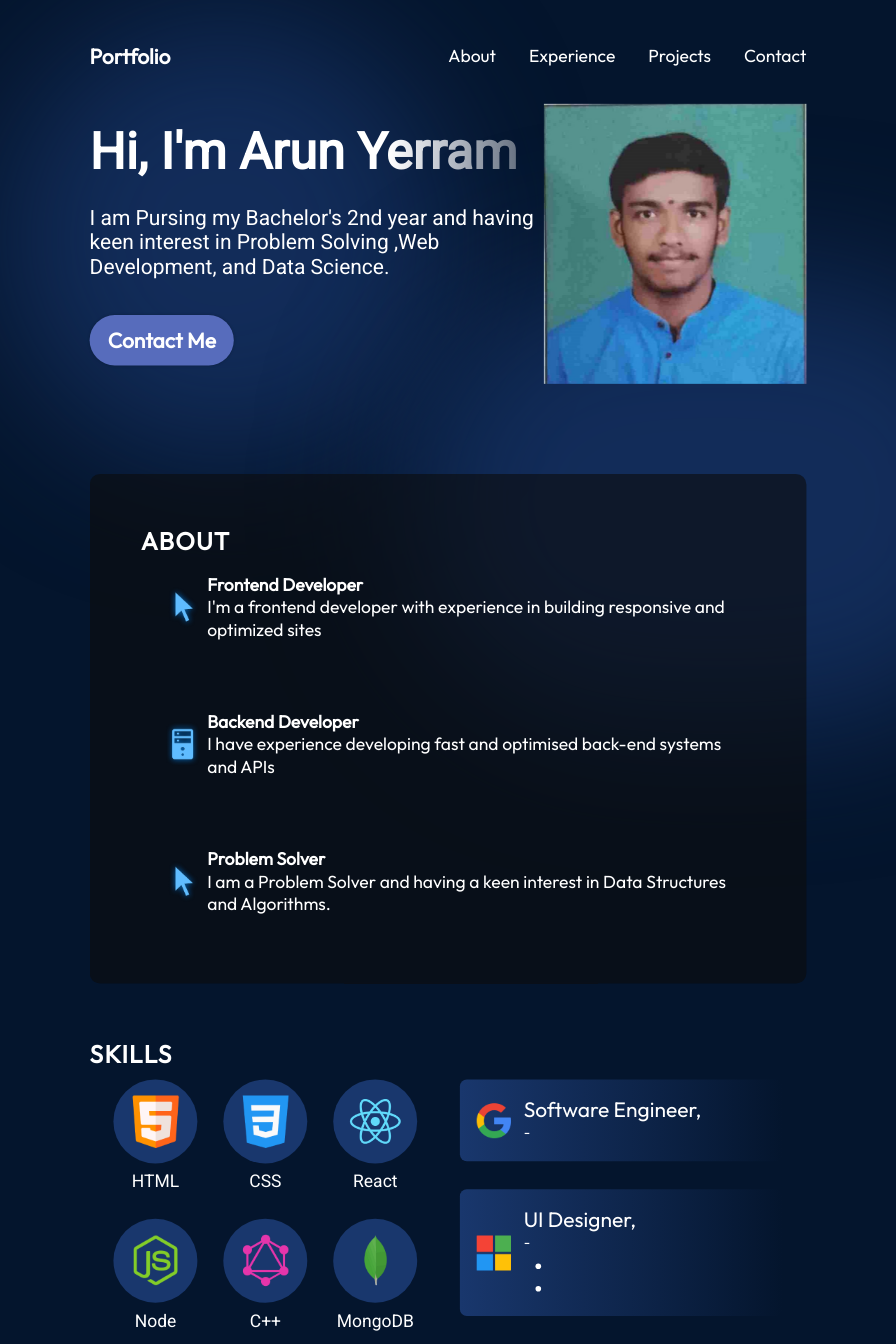
Repository: ARUN-YERRAM/Arun-Yerram-s-Portfolio-Website
Page: /
The author's editor kept a copy of each file at every save. The page is drawn from the files as they stood at one save, then again after the next save.
The browser window is 1280 px wide. The pictures show the part of the page from y = 0 to 1920 px (the page is 3419 px tall), at 70% of full size.
The project was rebuilt for these pictures with package versions that can differ from the ones it lists, and the page was loaded fresh each time. Also part of the build but not shown: vite.config.js.

Above is the page before, as saved 2024-07-06 22:25:41.

### index.html
<!DOCTYPE html>
<html lang="en">
  <head>
    <meta charset="UTF-8" />
    <link rel="icon" type="image/png" href="/Passport1.jpg" />
    <meta name="viewport" content="width=device-width, initial-scale=1.0" />
    <title>Arun Yerram's Portfolio</title>
  </head>
  <body>
    <div id="root"></div>
    <script type="module" src="./docs/src/main.jsx"></script>
  </body>
</html>

### docs/src/main.jsx
// import React from "react";
// import ReactDOM from "react-dom/client";
// import App from "./App.jsx";
// import "./index.css";

// import "@fontsource/outfit";
// import "@fontsource/roboto";

// ReactDOM.createRoot(document.getElementById("root")).render(
//   <React.StrictMode>
//     <App />
//   </React.StrictMode>
// );


import React from 'react';
import ReactDOM from 'react-dom/client';
import App from './App.jsx';
import './index.css'; // Ensure this file exists in docs/src
import '@fontsource/outfit';
import '@fontsource/roboto';

const root = ReactDOM.createRoot(document.getElementById('root'));
root.render(<App />);

### docs/src/App.jsx
import styles from "./App.module.css";
import { About } from "../components/About/About";
import { Contact } from "../components/Contact/Contact";
import { Experience } from "../components/Experience/Experience";
import { Hero } from "../components/Hero/Hero";
import { Navbar } from "../components/Navbar/Navbar";
import { Projects } from "../components/Projects/Projects";

function App() {

  return (
    <div className={styles.App}>
      <Navbar />
      <Hero />
      <About />
      <Experience />
      <Projects />
      <Contact />
    </div>
  );
}

export default App;

### docs/src/App.module.css
/* In a CSS file */
@import '../vars.css';
.App {
  background-color: var(--color-bg);
  width: 100%;
  height: 100%;
  overflow: hidden;
}

### docs/components/About/About.jsx
import React from "react";

import styles from "./About.module.css";
import { getImageUrl } from "../../utils";

export const About = () => {
  return (
    <section className={styles.container} id="about">
      <h2 className={styles.title}>About</h2>
      <div className={styles.content}>
        {/* <img
          src={getImageUrl("about/aboutImage.png")}
          alt="Me sitting with a laptop"
          className={styles.aboutImage}
        /> */}
        <ul className={styles.aboutItems}>
          <li className={styles.aboutItem}>
            <img src={getImageUrl("about/cursorIcon.png")} alt="Cursor icon" />
            <div className={styles.aboutItemText}>
              <h3>Frontend Developer</h3>
              <p>
                I'm a frontend developer with experience in building responsive
                and optimized sites
              </p>
            </div>
          </li>

          <li className={styles.aboutItem}>
            <img src={getImageUrl("about/serverIcon.png")} alt="Server icon" />
            <div className={styles.aboutItemText}>
              <h3>Backend Developer</h3>
              <p>
                I have experience developing fast and optimised back-end systems
                and APIs
              </p>
            </div>
          </li>

          <li className={styles.aboutItem}>
            <img src={getImageUrl("about/cursorIcon.png")} alt="UI icon" />
            <div className={styles.aboutItemText}>
              {/* <h3>UI Designer</h3> */}
              <h3>Problem Solver</h3>
              <p>
                {/* I have designed multiple landing pages and have created design */}
                {/* systems as well */}
                I am a Problem Solver and having a keen interest in Data Structures and Algorithms.
              </p>
            </div>
          </li>

        </ul>
      </div>
    </section>
  );
};

### docs/components/Contact/Contact.jsx
import React from "react";

import styles from "./Contact.module.css";
import { getImageUrl } from "../../utils";

export const Contact = () => {
  return (
    <footer id="contact" className={styles.container}>
      <div className={styles.text}>
        <h2>Contact</h2>
        <p>Feel free to reach out!</p>
      </div>
      <ul className={styles.links}>
        <li className={styles.link}>
          <img src={getImageUrl("contact/emailIcon.png")} alt="Email icon" />
          <a href="">arunyerram12022005@gmail.com</a>
        </li>
        <li className={styles.link}>
          <img
            src={getImageUrl("contact/linkedinIcon.png")}
            alt="LinkedIn icon"
          />
          <a href="https://www.linkedin.com/in/arun-yerram/">linkedin.com/ArunYerram</a>
        </li>
        <li className={styles.link}>
          <img src={getImageUrl("contact/githubIcon.png")} alt="Github icon" />
          <a href="https://github.com/ARUN-YERRAM">github.com/ArunYerram</a>
        </li>
      </ul>
    </footer>
  );
};

### docs/components/Experience/Experience.jsx
import React from "react";

import styles from "./Experience.module.css";
import skills from "../../data/skills.json";
import history from "../../data/history.json";
import { getImageUrl } from "../../utils";

export const Experience = () => {
  return (
    <section className={styles.container} id="experience">
      <h2 className={styles.title}>Skills</h2>
      <div className={styles.content}>
        <div className={styles.skills}>
          {skills.map((skill, id) => {
            return (
              <div key={id} className={styles.skill}>
                <div className={styles.skillImageContainer}>
                  <img src={getImageUrl(skill.imageSrc)} alt={skill.title} />
                </div>
                <p>{skill.title}</p>
              </div>
            );
          })}
        </div>
        <ul className={styles.history}>
          {history.map((historyItem, id) => {
            return (
              <li key={id} className={styles.historyItem}>
                <img
                  src={getImageUrl(historyItem.imageSrc)}
                  alt={`${historyItem.organisation} Logo`}
                />
                <div className={styles.historyItemDetails}>
                  <h3>{`${historyItem.role}, ${historyItem.organisation}`}</h3>
                  <p>{`${historyItem.startDate} - ${historyItem.endDate}`}</p>
                  <ul>
                    {historyItem.experiences.map((experience, id) => {
                      return <li key={id}>{experience}</li>;
                    })}
                  </ul>
                </div>
              </li>
            );
          })}
        </ul>
      </div>
    </section>
  );
};

### docs/components/Hero/Hero.jsx
import React from "react";

import styles from "./Hero.module.css";
import { getImageUrl } from "../../utils";

export const Hero = () => {
  return (
    <section className={styles.container}>
      <div className={styles.content}>
        <h1 className={styles.title}>Hi, I'm Arun Yerram</h1>
        <p className={styles.description}>
          {/* I'm a full-stack developer with 5 years of experience using React and */}
          {/* NodeJS. Reach out if you'd like to learn more! */}
          I am Pursing my Bachelor's 2nd year and having keen interest in Problem Solving ,Web Development, and Data Science.

        </p>
        <a href="mailto:arunyerram12022005@email.com" className={styles.contactBtn}>
          Contact Me
        </a>
      </div>
      <img
        src={getImageUrl("hero/Passport1.jpg")}
        alt="Hero image of me"
        className={styles.heroImg}
        width="50px"
        height="400px"
      />
      <div className={styles.topBlur} />
      <div className={styles.bottomBlur} />
    </section>
  );
};

### docs/components/Navbar/Navbar.jsx
import React, { useState } from "react";

import styles from "./Navbar.module.css";
import { getImageUrl } from "../../utils";

export const Navbar = () => {
  const [menuOpen, setMenuOpen] = useState(false);

  return (
    <nav className={styles.navbar}>
      <a className={styles.title} href="/">
        Portfolio
      </a>
      <div className={styles.menu}>
        <img
          className={styles.menuBtn}
          src={
            menuOpen
              ? getImageUrl("nav/closeIcon.png")
              : getImageUrl("nav/menuIcon.png")
          }
          alt="menu-button"
          onClick={() => setMenuOpen(!menuOpen)}
        />
        <ul
          className={`${styles.menuItems} ${menuOpen && styles.menuOpen}`}
          onClick={() => setMenuOpen(false)}
        >
          <li>
            <a href="#about">About</a>
          </li>
          <li>
            <a href="#experience">Experience</a>
          </li>
          <li>
            <a href="#projects">Projects</a>
          </li>
          <li>
            <a href="#about">Contact</a>
          </li>
        </ul>
      </div>
    </nav>
  );
};

### docs/components/About/About.module.css
/* @import ".../vars.css"; */
@import '../../vars.css';

.container {
  position: relative;
  background-color: rgba(12, 12, 12, 0.6);
  border-radius: 15px;
  padding: 73px;
  margin-top: 129px;
  z-index: 1;
  margin-left: 10%;
  margin-right: 10%;
}

.title {
  color: var(--color-text);
  font-size: 35px;
  font-weight: 700;
  letter-spacing: 1.75px;
  text-transform: uppercase;
}

.content {
  display: flex;
  flex-direction: row;
  align-items: center;
}

.aboutImage {
  width: 35%;
}

.aboutItems {
  color: var(--color-text);
  display: flex;
  flex-direction: column;
  gap: 50px;
}

.aboutItem {
  display: flex;
  flex-direction: row;
  align-items: center;
  border-radius: 20px;
  list-style: none;
  padding: 25px;
  background-image: linear-gradient(
    90deg,
    rgba(165, 215, 232, 0.42) 0%,
    rgba(255, 255, 255, 0) 100%
  );
  background-size: 0 100%;
  background-repeat: no-repeat;
  transition: 0.4s;
}

.aboutItem:hover {
  background-size: 100% 100%;
}

.aboutItem h3 {
  font-size: 25px;
  font-weight: 600;
}

.aboutItem p {
  font-size: 25px;
}

@media screen and (max-width: 830px) {
  .container {
    background-color: transparent;
    padding-left: 0;
    padding-right: 0;
  }

  .content {
    flex-direction: column;
  }

  .aboutImage {
    display: none;
  }

  .aboutItems {
    margin-top: 29px;
  }

  .aboutItem {
    padding-left: 0;
    padding-right: 0;
  }
}

### docs/components/Contact/Contact.module.css
/* @import ".../vars.css"; */
@import '../../vars.css';

.container {
  color: var(--color-text);
  margin-top: 120px;
  background-color: var(--color-secondary);
  display: flex;
  flex-direction: row;
  justify-content: space-evenly;
  width: 100vw;
  padding: 58px 10%;
  gap: 10px;
}

.text h2 {
  font-size: 80px;
  font-weight: 700;
  letter-spacing: 4px;
}

.text p {
  font-size: 40px;
  font-weight: 400;
  letter-spacing: 2px;
}

.links {
  display: flex;
  flex-direction: column;
  align-items: flex-start;
  list-style: none;
  gap: 26px;
}

.link {
  display: flex;
  align-items: center;
  gap: 25px;
}

.link a {
  color: var(--color-text);
  text-decoration: none;
  font-size: 30px;
  font-weight: 400;
  letter-spacing: 1.5px;
}

@media screen and (max-width: 830px) {
  .container {
    flex-direction: column;
    gap: 23px;
  }

  .text {
    display: flex;
    flex-direction: column;
    align-items: center;
  }

  .links {
    align-items: center;
  }
}

### docs/components/Experience/Experience.module.css
/* @import ".../vars.css"; */
@import '../../vars.css';

.container {
  color: var(--color-text);
  margin-top: 79px;
  margin-left: 10%;
  margin-right: 10%;
}

.title {
  color: var(--color-text);
  font-size: 35px;
  font-weight: 700;
  letter-spacing: 1.75px;
  text-transform: uppercase;
}

.content {
  display: flex;
  flex-direction: row;
  justify-content: space-evenly;
  margin-top: 14px;
}

.skills {
  width: 45%;
  display: flex;
  flex-wrap: wrap;
  gap: 37px;
}

.skill {
  display: flex;
  flex-direction: column;
  align-items: center;
  gap: 11px;
}

.skillImageContainer {
  background-color: var(--color-secondary);
  border-radius: 100%;
  display: flex;
  align-items: center;
  justify-content: center;
  width: 120px;
  height: 120px;
}

.skillImageContainer img {
  width: 75px;
}

.skill p {
  font-size: 25px;
  font-family: var(--font-roboto);
  font-weight: 500;
}

.history {
  width: 45%;
  display: flex;
  flex-direction: column;
  gap: 40px;
}

.historyItem {
  display: flex;
  flex-direction: row;
  align-items: center;
  gap: 17px;
  background: #19376d;
  background: linear-gradient(90deg, #19376d 0%, rgba(25, 55, 109, 0) 100%);
  border-radius: 10px;
  padding: 24px;
}

.historyItem img {
  width: 50px;
}

.historyItemDetails {
  font-family: var(--font-roboto);
}

.historyItemDetails h3 {
  font-size: 30px;
  font-weight: 500;
}

.historyItemDetails p {
  font-size: 20px;
  font-weight: 300;
}

.historyItemDetails ul {
  margin-top: 6px;
  list-style-position: inside;
  font-size: 25px;
  list-style-type: disc;
  margin-left: 17px;
}

@media screen and (max-width: 830px) {
  .content {
    flex-direction: column;
    align-items: center;
    gap: 34px;
  }

  .skills {
    width: 100%;
    flex-direction: row;
    justify-content: center;
  }

  .history {
    width: 100%;
    gap: 9px;
  }
}

### docs/data/skills.json
[
  {
    "title": "HTML",
    "imageSrc": "skills/html.png"
  },
  {
    "title": "CSS",
    "imageSrc": "skills/css.png"
  },
  {
    "title": "React",
    "imageSrc": "skills/react.png"
  },
  {
    "title": "Node",
    "imageSrc": "skills/node.png"
  },
  {
    "title": "C++",
    "imageSrc": "skills/graphql.png"
  },
  {
    "title": "MongoDB",
    "imageSrc": "skills/mongodb.png"
  },
  {
    "title": "Figma",
    "imageSrc": "skills/figma.png"
  },
  {
    "title": "Python",
    "imageSrc": "skills/python.png"
  }
]

### docs/data/history.json
[
  {
    "role": "Software Engineer",
    "organisation": "",
    "startDate": "",
    "endDate": "",
    "experiences": [],
    "imageSrc": "history/google.png"
  },
  {
    "role": "UI Designer",
    "organisation": "",
    "startDate": "",
    "endDate": "",
    "experiences": ["", ""],
    "imageSrc": "history/microsoft.png"
  },
  {
    "role": "SWE Intern",
    "organisation": "",
    "startDate": "",
    "endDate": "",
    "experiences": [
      "",
      ""
    ],
    "imageSrc": "history/netflix.png"
  }
]

### docs/components/Hero/Hero.module.css
/* @import ".../vars.css"; */

@import '../../vars.css';


.container {
  position: relative;
  display: flex;
  align-items: center;
  justify-content: space-between;
  margin-top: 49px;
  z-index: 1;
  margin-left: 10%;
  margin-right: 10%;
}

.content {
  display: flex;
  flex-direction: column;
  align-items: flex-start;
  color: var(--color-text);
  z-index: 1;
}

.title {
  font-size: 72px;
  font-weight: 900;
  margin-bottom: 33px;
  font-family: var(--font-roboto);
  background: linear-gradient(
    90deg,
    rgba(255, 255, 255, 1) 70%,
    rgba(255, 255, 255, 0) 120%
  );
  -webkit-text-fill-color: transparent;
  -webkit-background-clip: text;
}

.description {
  font-size: 30px;
  font-family: var(--font-roboto);
  margin-bottom: 52px;
}

.contactBtn {
  text-decoration: none;
  background-color: var(--color-primary);
  color: var(--color-text);
  border-radius: 100px;
  font-size: 30px;
  font-weight: 600;
  padding: 17px 26px;
  box-shadow: 0 0 4px 0 rgba(0, 0, 0, 0.25);
}

.heroImg {
  width: 50%;
  z-index: 1;

  animation-name: floating;
  animation-duration: 3s;
  animation-iteration-count: infinite;
  animation-timing-function: ease-in-out;
}

@keyframes floating {
  0% {
    transform: translate(0, 0px);
  }
  50% {
    transform: translate(0, 10px);
  }
  100% {
    transform: translate(0, -0px);
  }
}

.topBlur {
  position: absolute;
  width: 50vw;
  height: 50vw;
  min-width: 350px;
  min-width: 350px;
  top: -128px;
  left: -10vw;
  border-radius: 764px;
  background: rgba(25, 55, 109, 0.7);
  filter: blur(100px);
  z-index: 0;
}

.bottomBlur {
  position: absolute;
  width: 70vw;
  height: 50vw;
  min-width: 350px;
  min-width: 250px;
  top: 246px;
  right: -25vw;
  border-radius: 764px;
  background: rgba(25, 55, 109, 0.7);
  filter: blur(100px);
  z-index: 0;
}

@media screen and (max-width: 830px) {
  .container {
    flex-direction: column-reverse;
  }

  .content {
    align-items: center;
  }
}

### docs/components/Navbar/Navbar.module.css
/* @import ".../vars.css"; */
@import '../../vars.css';

.navbar {
  position: relative;
  display: flex;
  align-items: center;
  justify-content: space-between;
  padding-top: 61px;
  z-index: 2;
  margin: 0 10%;
}

.title {
  font-size: 30px;
  font-weight: 600;
  text-decoration: none;
  color: var(--color-text);
}


.menuBtn {
  display: none;
}

.menu {
  display: flex;
}

.menuItems {
  display: flex;
  gap: 47px;
  list-style: none;
}

.menuItems a {
  font-size: 25px;
  color: var(--color-text);
  text-decoration: none;
}

@media screen and (max-width: 830px) {
  .navbar {
    flex-direction: column;
    align-items: flex-start;
  }

  .menu {
    position: absolute;
    right: 0;
    margin-right: 10%;
    flex-direction: column;
    align-items: flex-end;
    gap: 11px;
    z-index: 3;
  }

  .menuBtn {
    display: block;
    cursor: pointer;
  }


  .menuItems {
    display: none;
    flex-direction: column;
    align-items: center;
    gap: 13px;
    border-radius: 10px;
    background: rgb(25, 55, 109);
    background: linear-gradient(
      0deg,
      rgba(25, 55, 109, 0.2) 0%,
      rgba(25, 55, 109, 1) 100%
    );
    padding: 24px 33px;
    box-shadow: 0 0 4px 0 rgba(0, 0, 0, 0.25);
  }

  .menuOpen {
    display: flex;
    z-index: 1;
  }
}

### docs/components/Projects/Projects.module.css
/* @import "../../vars.css"; */
@import '../../vars.css';

.container {
  margin-top: 76px;
  color: var(--color-text);
  margin-left: 10%;
  margin-right: 10%;
}

.title {
  font-size: 35px;
  font-weight: 700;
  letter-spacing: 1.75px;
  text-transform: uppercase;
}

.projects {
  margin-top: 37px;
  display: flex;
  flex-direction: row;
  flex-wrap: wrap;
  align-items: center;
  justify-content: center;
  gap: 15px;
  width: 100%;
}

### docs/data/projects.json
[
  {
    "title": "LecturesCheck",
    "imageSrc": "projects/project.png",
    "description": "Project for Analysis of Video content and text file content using LLM ",
    "skills": ["React", "Express", "Node","JS","CSS","HTML"],
    "demo": "",
    "source": "https://github.com/ARUN-YERRAM/LecturesCheck"
  },
  {
    "title": "NYAAYSAHAAYAK",
    "imageSrc": "projects/project.png",
    "description": "User Friendly Website for accessing Information about Legal rights , laws, and regulations along with multiple features like digital Assistant, Multilingual and more.. ",
    "skills": ["React", "Express", "Node","JS","CSS","HTML"],
    "demo": "",
    "source": "https://github.com/ARUN-YERRAM/NYAAYSAHAAYAK"
  }
]

### docs/components/Projects/ProjectCard.jsx
import React from "react";

import styles from "./ProjectCard.module.css";
import { getImageUrl } from "../../utils";

export const ProjectCard = ({
  project: { title, imageSrc, description, skills, demo, source },
}) => {
  return (
    <div className={styles.container}>
      <img
        src={getImageUrl(imageSrc)}
        alt={`Image of ${title}`}
        className={styles.image}
      />
      <h3 className={styles.title}>{title}</h3>
      <p className={styles.description}>{description}</p>
      <ul className={styles.skills}>
        {skills.map((skill, id) => {
          return (
            <li key={id} className={styles.skill}>
              {skill}
            </li>
          );
        })}
      </ul>
      <div className={styles.links}>
        <a href={demo} className={styles.link}>
          Demo
        </a>
        <a href={source} className={styles.link}>
          Source
        </a>
      </div>
    </div>
  );
};

### docs/components/Projects/ProjectCard.module.css
/* @import "../../vars.css"; */
@import '../../vars.css';

.container {
  display: flex;
  flex-direction: column;
  border-radius: 10px;
  background: linear-gradient(180deg, #576cbc 0%, #132a53 100%);
  box-shadow: 0 16px 14px 0 #04152d;
  padding: 18px 24px;
  max-width: 345px;
}

.image {
  margin-bottom: 26px;
}

.title {
  font-size: 25px;
  font-weight: 700;
}

.description {
  margin-top: 6px;
  font-size: 25px;
  font-weight: 400;
}

.skills {
  width: 100%;
  margin-top: 14px;
  display: flex;
  flex-direction: row;
  flex-wrap: wrap;
  gap: 6px;
  list-style: none;
}

.skill {
  font-size: 25px;
  font-weight: 400;
  border-radius: 100px;
  background: var(--color-dark);
  padding: 2px 22px;
}

.links {
  width: 100%;
  margin-top: 26px;
  display: flex;
  justify-content: space-around;
}

.link {
  text-decoration: none;
  color: var(--color-text);
  font-size: 30px;
  font-weight: 600;
  border-radius: 100px;
  background: var(--color-primary);
  padding: 1px 22px;
}

Loaded but not shown: docs/src/index.css (common file); docs/components/Projects/Projects.jsx (common file); docs/vars.css (common file); docs/utils.js (common file)

After the next save:
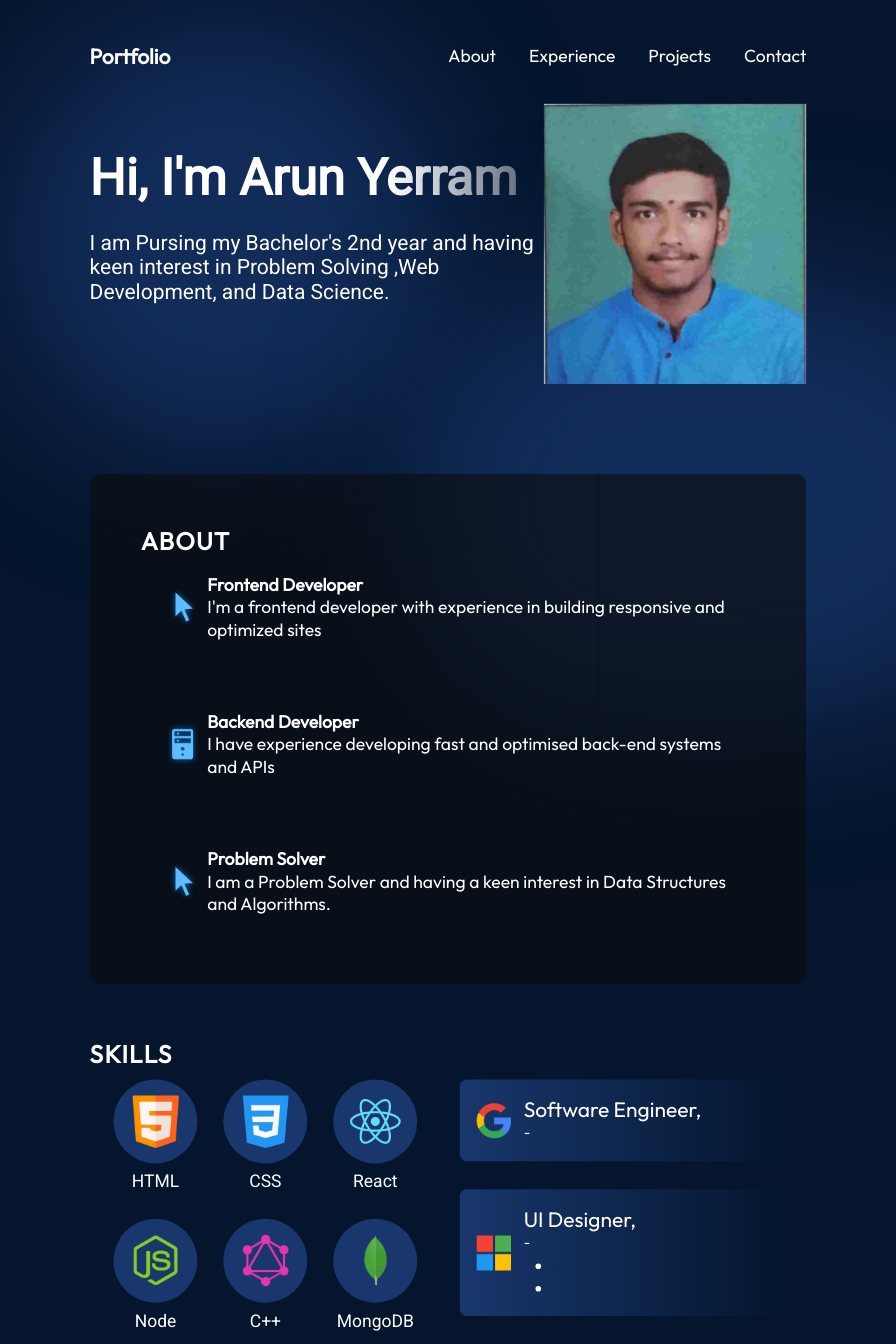
Saved 113 s later.
--- a/docs/components/Hero/Hero.jsx
+++ b/docs/components/Hero/Hero.jsx
@@ -14,9 +14,9 @@
           I am Pursing my Bachelor's 2nd year and having keen interest in Problem Solving ,Web Development, and Data Science.
 
         </p>
-        <a href="mailto:arunyerram12022005@email.com" className={styles.contactBtn}>
+        {/* <a href="mailto:arunyerram12022005@email.com" className={styles.contactBtn}>
           Contact Me
-        </a>
+        </a> */}
       </div>
       <img
         src={getImageUrl("hero/Passport1.jpg")}
